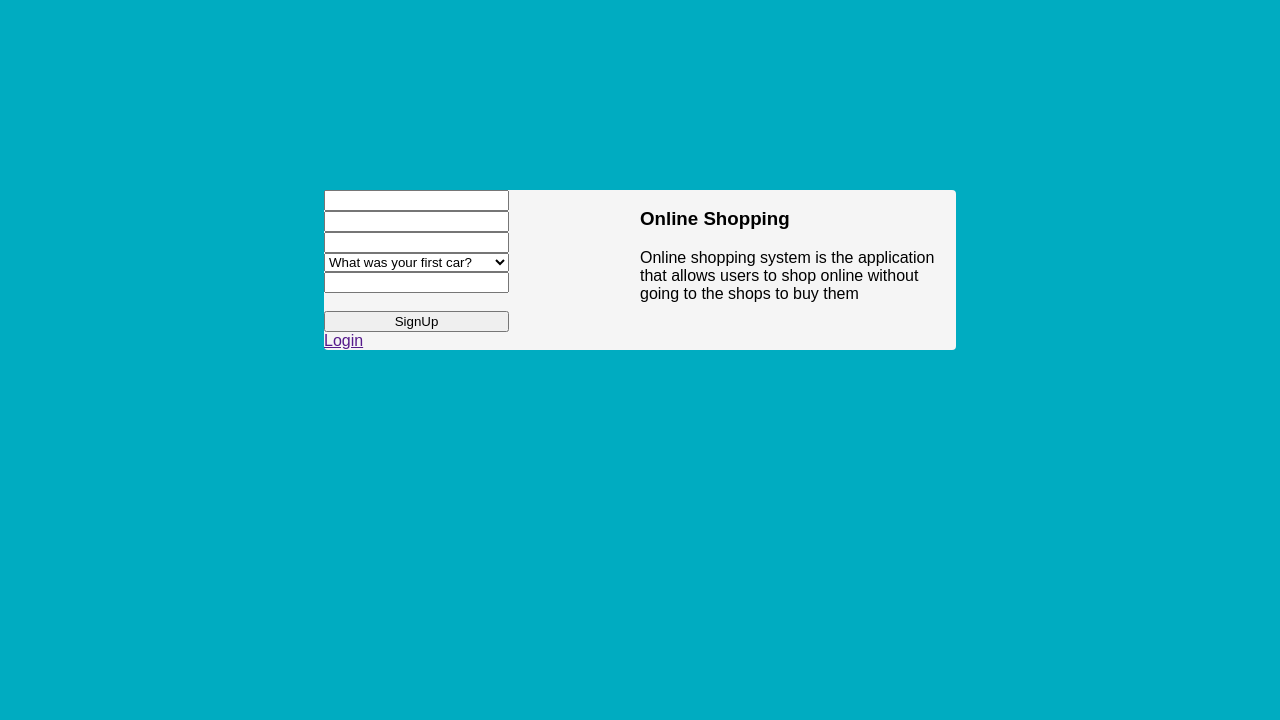
Repository: NidhiDaniel/E-Cart
Page: http://localhost/Online-Shopping-Cart/
The author's editor kept a copy of each file at every save. The page is drawn from the files as they stood at one save, then again after the next save.
The browser window is 1280 px wide. The pictures show the whole page.
The page is served by Tomcat 9. Other server files are loaded and not shown.

Above is the page before, as saved 2024-01-03 06:32:33.

### Online-Shopping-Cart/src/main/webapp/signupform.jsp
<%@ page language="java" contentType="text/html; charset=ISO-8859-1"
	pageEncoding="ISO-8859-1"%>
<!DOCTYPE html>
<html>
<head>
<meta charset="ISO-8859-1">
<title>Add User</title>
<link rel="stylesheet" type="text/css" href="./css/sign-up.css">
</head>
<body>
	<div class="container">
		<div class="left-div">
			<form action="adduser.jsp" method="post">
				<input type="text" name="name">
				<input type="email"name="email">
				<input type="password"
					name="password">
				<select name="security_question">
					<option>What was your first car?</option>
					<option>What is your first school?</option>
					<option>What is your pet name?</option>
					<option>Who was your best friend?</option>
				</select>
				<input type="text" name="answer"><br>

				<input type="submit" value="SignUp">
			</form><br>
			<a href="">Login</a>
		</div>
		<div class="right-div">
		 <h3>Online Shopping</h3>
		 <p>Online shopping system is the application that allows users to shop online without going to the shops
		 to buy them</p>
		</div>
	</div>
</body>
</html>

### Online-Shopping-Cart/src/main/webapp/css/sign-up.css
*{
	font-family: sans-serif;
}
body{
	background: #00ACC1;
}
.container{
	width: 50%;
    background: #f5f5f5;
    margin: 15% 25% 25% 25%;
    border-radius:4px;
	display:flex;
}
.left-div{
	width:50%;
}
.left-div form{
	display:inline-grid;
}
.right-div{
	width:50%;
}

After the next save:
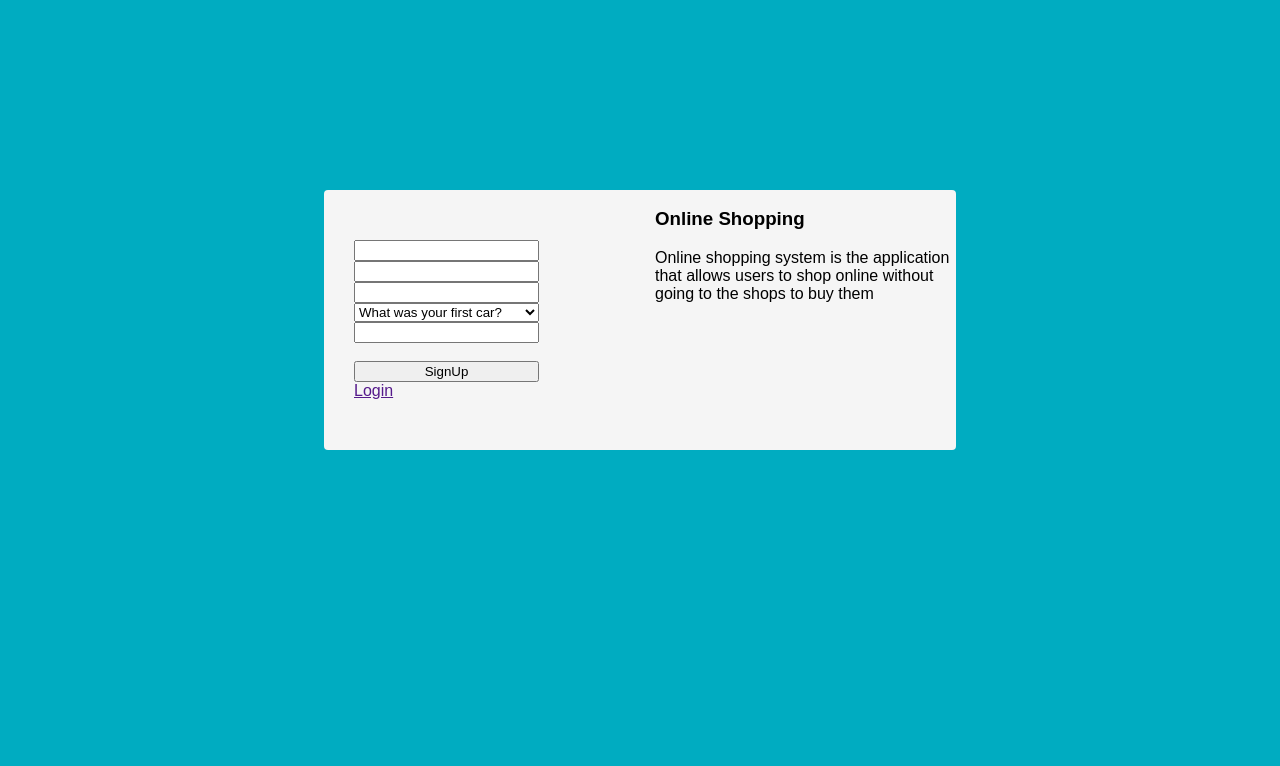
Saved 48 min 45 s later.
--- a/Online-Shopping-Cart/src/main/webapp/css/sign-up.css
+++ b/Online-Shopping-Cart/src/main/webapp/css/sign-up.css
@@ -13,6 +13,7 @@ body{
 }
 .left-div{
 	width:50%;
+	margin:50px 0px 50px 30px;
 }
 .left-div form{
 	display:inline-grid;
